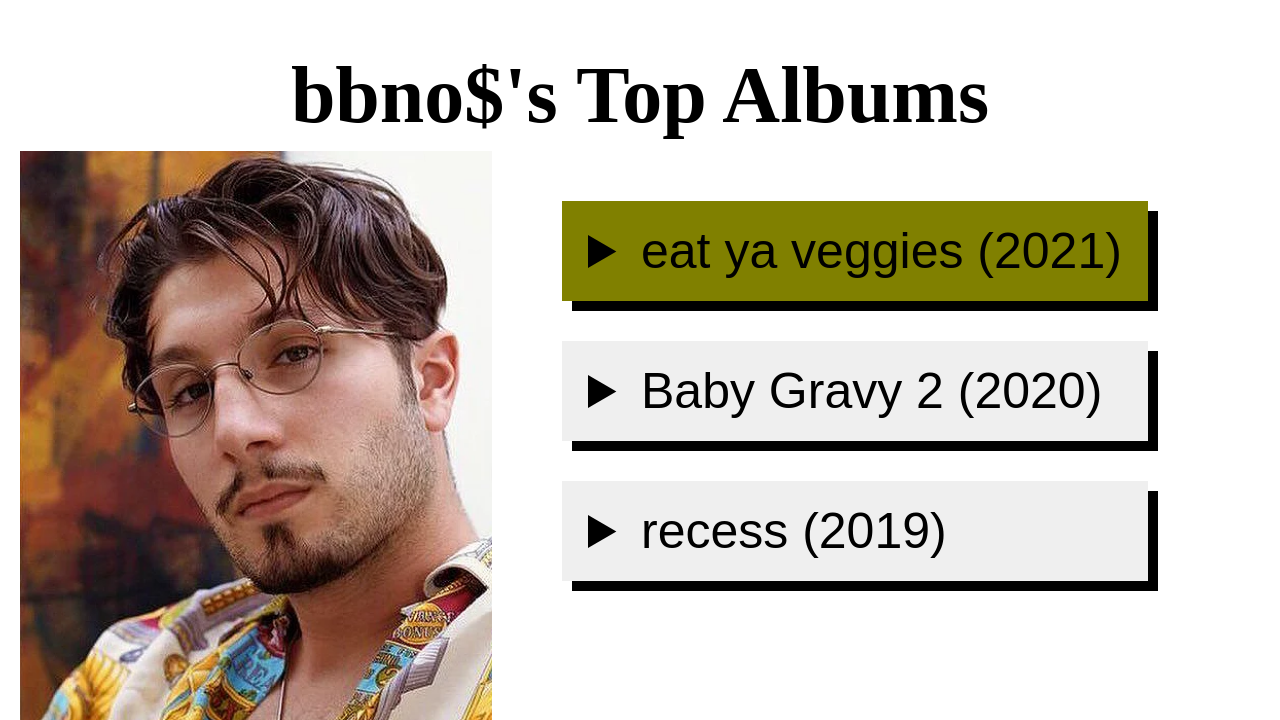
Repository: Jennica1/Lab1
Page: /
An editor plug-in stored every save of this project. The page is shown before and after the next save, followed by the edit.
The browser window is 1280 px wide. The pictures show the whole page.
The first visible `button` is being pressed.
The project was rebuilt for these pictures with package versions that can differ from the ones it lists, and the page was loaded fresh each time. Also part of the build but not shown: vite.config.js.

Above is the page before, as saved 2024-09-09 19:13:25.

After the next save:
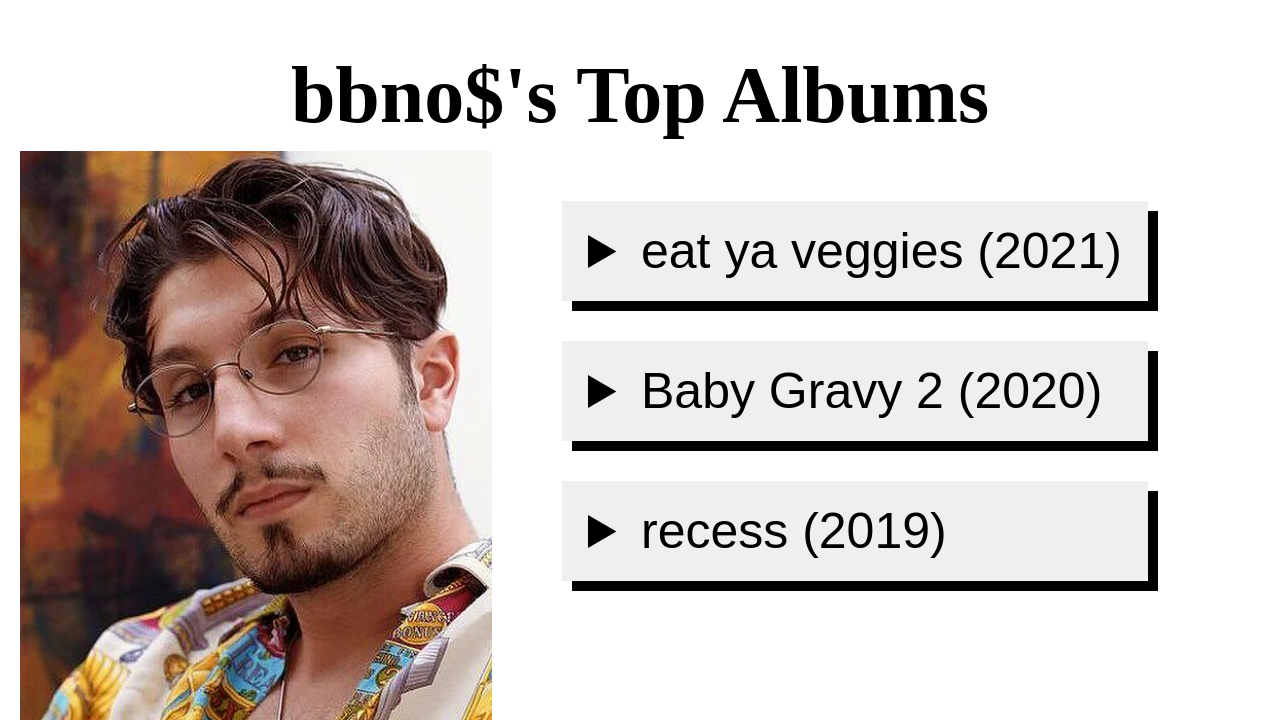
Saved 11 min 16 s later.
--- a/src/index.css
+++ b/src/index.css
@@ -10,13 +10,6 @@
     box-shadow: 10px 10px;
 }
 
-button:active{
-    background:olive;
-}
-
-button:focus{
-    background:olive;
-}
 p {
     font-size: 20px;
 }
